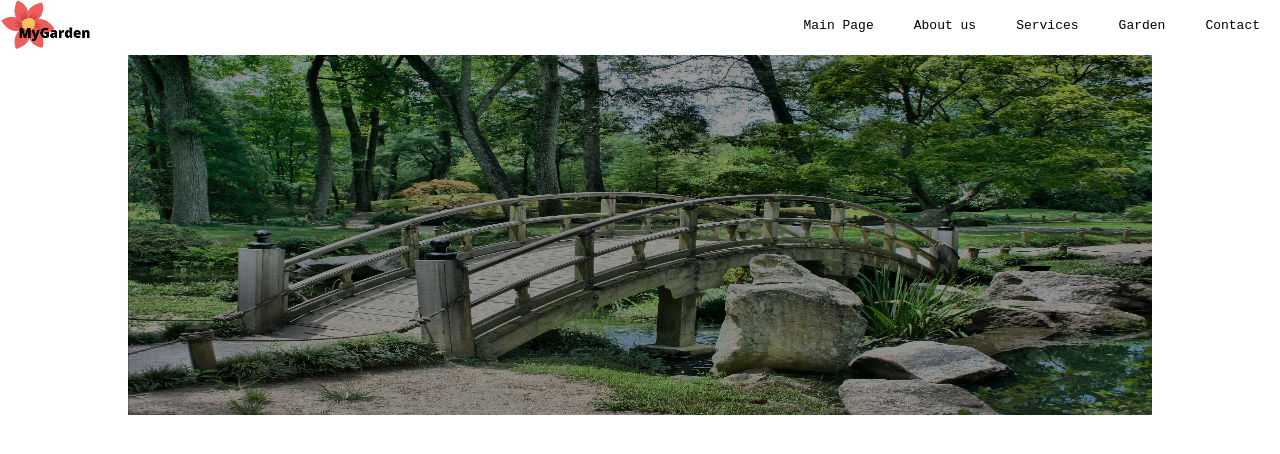
Repository: PatryxB/garden
Page: http://localhost/
The author's editor kept a copy of each file at every save. The page is drawn from the files as they stood at one save, then again after the next save.
The browser window is 1280 px wide. The pictures show the whole page.
Some web fonts or font styles are not loaded; a fallback is used. The page is served by the project's Laravel application, run on PHP 8.4 with Laravel 8. Style sheets and scripts are compiled from the project's sources, by tool versions that may differ from the author's.

Above is the page before, as saved 2020-05-01 21:39:33.

After the next save:
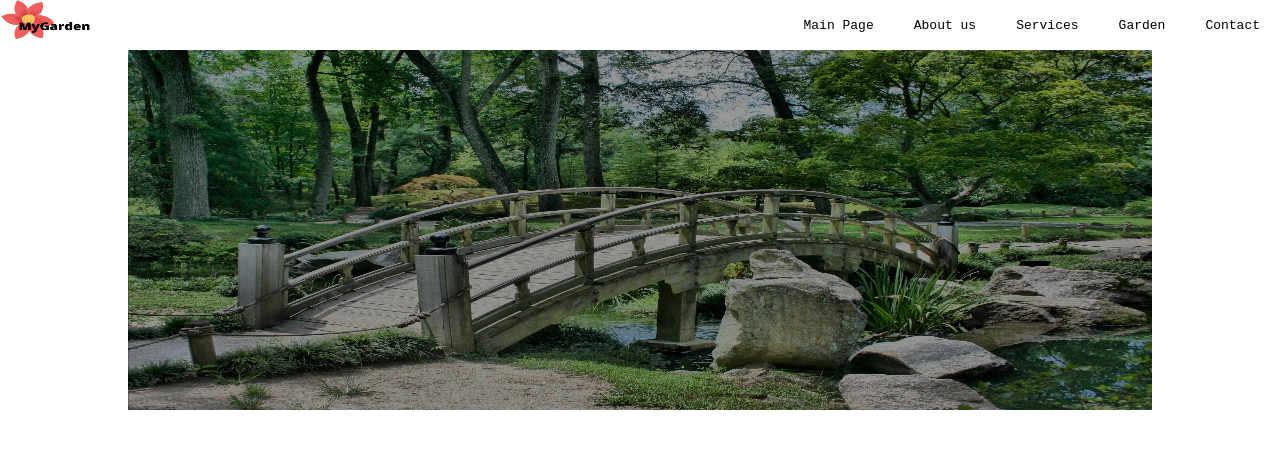
Saved 10 s later.
--- a/resources/views/welcome.blade.php
+++ b/resources/views/welcome.blade.php
@@ -13,7 +13,7 @@
     <body>
 
         <nav>
-            <img src="{{asset('/img/MyGarden.png')}}" width="90" height="50">
+            <img src="{{asset('/img/MyGarden.png')}}" width="90" height="40">
             <ul>
                 <li><a href="">Main Page</a></li>
                 <li><a href="">About us</a></li>
